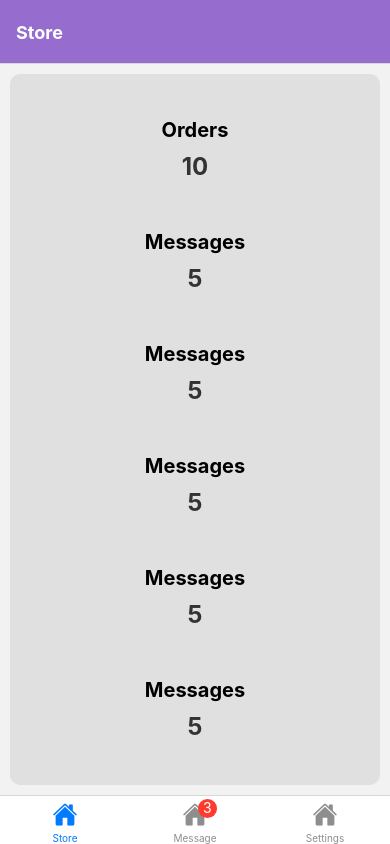
Repository: Waikato153/AwesomeProject
Screen: /
The author's editor kept a copy of each file at every save. The screen is drawn from the files as they stood at one save, then again after the next save.
The app was drawn by React Native's web renderer in a window 390 px wide. The project was rebuilt for these pictures with package versions that can differ from the ones it lists, and the page was loaded fresh each time.

Above is the screen before, as saved 2024-02-29 11:46:19.

### App.js
import * as React from 'react';
import { Text, View, StyleSheet} from 'react-native';
import { NavigationContainer } from '@react-navigation/native';
import { createBottomTabNavigator } from '@react-navigation/bottom-tabs';
import { Ionicons } from '@expo/vector-icons';

import HomeScreen from './screens/HomeScreen';

function SettingsScreen() {
  return (
    <View style={{ flex: 1, justifyContent: 'center', alignItems: 'center' }}>
      <Text>Settings!</Text>
    </View>
  );
}


const styles = StyleSheet.create({
  container: {
    flex: 1,
    justifyContent: 'center',
    backgroundColor: 'white',
    alignItems: 'center',
    padding: 8,
  },
  paragraph: {
    margin: 24,
    fontSize: 18,
    fontWeight: 'bold',
    textAlign: 'center',
  },
});

const Tab = createBottomTabNavigator();

function MyTabs() {
  return (

    <Tab.Navigator
      screenOptions={{
        tabBarIcon: ({ color, size }) => (
          <Ionicons name="home" color={color} size={size} />
        ),
        headerStyle: {
          backgroundColor: '#966ccf',
        },
        headerTintColor: '#fff',
        headerTitleStyle: {
          fontWeight: 'bold',
        },
      }}
    >
      <Tab.Screen
        name="Store"
        component={HomeScreen}

      />
      <Tab.Screen
        name="Message"
        component={SettingsScreen}
        options={{
          tabBarBadge: 3
        }}
      />
      <Tab.Screen
        name="Settings"
        component={SettingsScreen}
      />
    </Tab.Navigator>
  );
}

export default function App() {
  return (
    <NavigationContainer>
      <MyTabs />
    </NavigationContainer>
  );
}

### screens/HomeScreen.js
import React from 'react';
import { View, Text, StyleSheet, ScrollView } from 'react-native';

const HomeScreen = () => {
  return (
    <View  style={styles.block}>
      <View style={styles.block}>
        <Text style={styles.title}>Orders</Text>
        <Text style={styles.count}>10</Text>
      </View>
      <View style={styles.block}>
        <Text style={styles.title}>Messages</Text>
        <Text style={styles.count}>5</Text>
      </View>
      <View style={styles.block}>
        <Text style={styles.title}>Messages</Text>
        <Text style={styles.count}>5</Text>
      </View>
      <View style={styles.block}>
        <Text style={styles.title}>Messages</Text>
        <Text style={styles.count}>5</Text>
      </View>
      <View style={styles.block}>
        <Text style={styles.title}>Messages</Text>
        <Text style={styles.count}>5</Text>
      </View>
      <View style={styles.block}>
        <Text style={styles.title}>Messages</Text>
        <Text style={styles.count}>5</Text>
      </View>
    </View>
  );
};

const styles = StyleSheet.create({
  container: {
    padding: 20,

    flex:1,
  },
  block: {
    flex:1,
    justifyContent: 'center',
    alignItems: 'center',
    backgroundColor: '#e0e0e0',
    borderRadius: 10,
    padding: 20,
    margin: 10,
  },
  title: {
    fontSize: 20,
    fontWeight: 'bold',
    marginBottom: 10,
  },
  count: {
    fontSize: 24,
    fontWeight: 'bold',
    color: '#333333',
  },
});

export default HomeScreen;

After the next save:
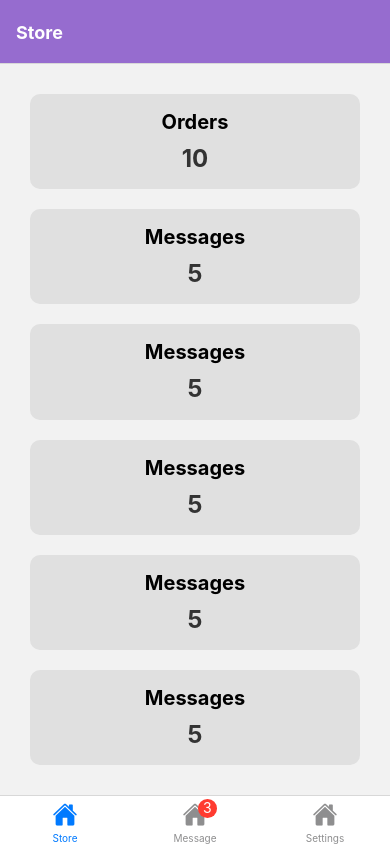
Saved 4 s later.
--- a/screens/HomeScreen.js
+++ b/screens/HomeScreen.js
@@ -3,7 +3,7 @@ import { View, Text, StyleSheet, ScrollView } from 'react-native';
 
 const HomeScreen = () => {
   return (
-    <View  style={styles.block}>
+    <View  style={styles.container}>
       <View style={styles.block}>
         <Text style={styles.title}>Orders</Text>
         <Text style={styles.count}>10</Text>
